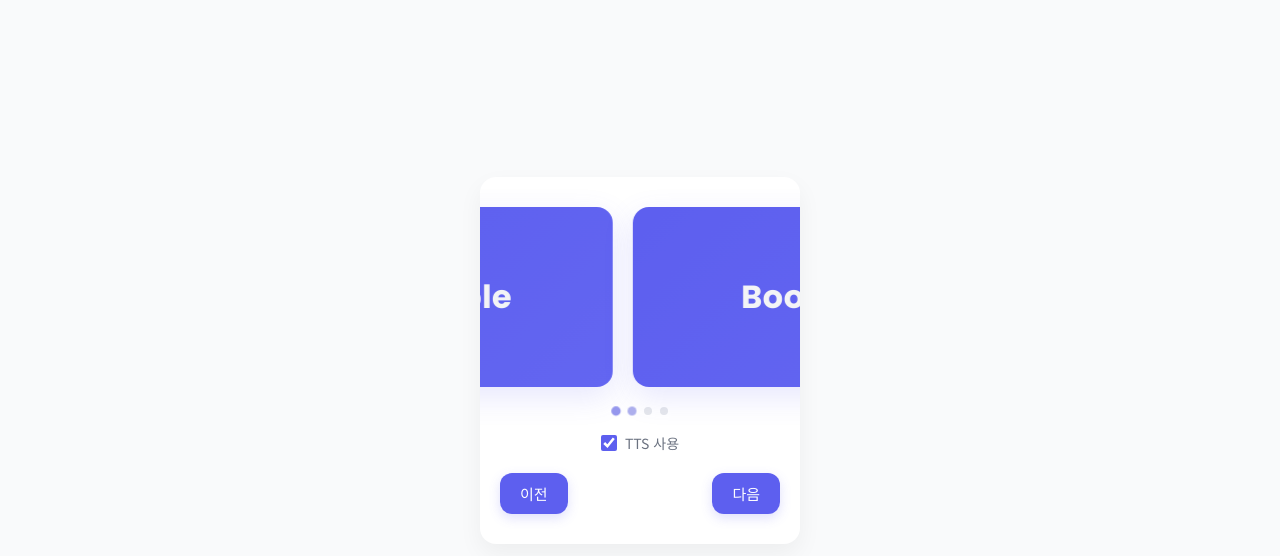
Repository: dandacompany/dandacompany.github.io
Page: index.html
An editor plug-in stored every save of this project. The page is shown before and after the next save, followed by the edit.
The browser window is 1280 px wide. The pictures show the whole page.

Above is the page before, as saved 2025-03-19 17:44:50.

### index.html
<!DOCTYPE html>
<html lang="ko">
<head>
    <meta charset="UTF-8">
    <meta name="viewport" content="width=device-width, initial-scale=1.0">
    <title>영어 단어 카드 슬라이더</title>
    <link rel="preconnect" href="https://fonts.googleapis.com">
    <link rel="preconnect" href="https://fonts.gstatic.com" crossorigin>
    <link href="https://fonts.googleapis.com/css2?family=Noto+Sans+KR:wght@400;700&family=Poppins:wght@400;600;700&display=swap" rel="stylesheet">
    <style>
        * {
            margin: 0;
            padding: 0;
            box-sizing: border-box;
        }

        :root {
            --primary-color: #5D5FEF;
            --secondary-color: #6366F1;
            --success-color: #10B981;
            --background-color: #F9FAFB;
            --card-background: #FFFFFF;
            --text-dark: #1F2937;
            --text-light: #F3F4F6;
            --border-radius: 16px;
            --transition-speed: 0.4s;
        }

        body {
            display: flex;
            justify-content: center;
            align-items: center;
            min-height: 100vh;
            background-color: var(--background-color);
            font-family: 'Noto Sans KR', sans-serif;
            color: var(--text-dark);
        }

        .card-slider-container {
            width: 320px;
            position: relative;
            overflow: hidden;
            padding: 30px 0;
            background-color: var(--card-background);
            border-radius: var(--border-radius);
            box-shadow: 0 10px 25px rgba(0, 0, 0, 0.05);
        }

        .card-slider {
            display: flex;
            transition: transform 0.6s cubic-bezier(0.165, 0.84, 0.44, 1);
        }

        .card {
            width: 320px;
            height: 180px; /* 16:9 비율 */
            perspective: 1000px;
            cursor: pointer;
            flex-shrink: 0;
            padding: 0 10px;
        }

        .card-inner {
            position: relative;
            width: 100%;
            height: 100%;
            text-align: center;
            transition: transform 0.8s cubic-bezier(0.175, 0.885, 0.32, 1.275);
            transform-style: preserve-3d;
            box-shadow: 0 10px 30px rgba(93, 95, 239, 0.15);
            border-radius: var(--border-radius);
        }

        .card.flipped .card-inner {
            transform: rotateY(180deg);
        }

        .card-front, .card-back {
            position: absolute;
            width: 100%;
            height: 100%;
            backface-visibility: hidden;
            display: flex;
            justify-content: center;
            align-items: center;
            border-radius: var(--border-radius);
            padding: 20px;
        }

        .card-front {
            background: linear-gradient(135deg, var(--primary-color), var(--secondary-color));
            color: var(--text-light);
            font-size: 32px;
            font-weight: 700;
            font-family: 'Poppins', sans-serif;
            letter-spacing: 0.5px;
        }

        .card-back {
            background: linear-gradient(135deg, var(--success-color), #34D399);
            color: var(--text-light);
            transform: rotateY(180deg);
            font-size: 28px;
            font-weight: 600;
        }

        .controls {
            display: flex;
            justify-content: space-between;
            margin: 20px 20px 0;
        }

        button {
            padding: 10px 20px;
            background-color: var(--primary-color);
            color: white;
            border: none;
            border-radius: 12px;
            cursor: pointer;
            font-size: 15px;
            font-weight: 500;
            font-family: 'Noto Sans KR', sans-serif;
            transition: all var(--transition-speed) ease;
            box-shadow: 0 4px 12px rgba(93, 95, 239, 0.2);
        }

        button:hover {
            background-color: #4a4cdc;
            transform: translateY(-2px);
            box-shadow: 0 6px 16px rgba(93, 95, 239, 0.25);
        }

        button:active {
            transform: translateY(0);
        }

        .card-indicator {
            display: flex;
            justify-content: center;
            margin-top: 20px;
            gap: 8px;
        }

        .indicator-dot {
            width: 8px;
            height: 8px;
            border-radius: 50%;
            background-color: #E5E7EB;
            cursor: pointer;
            transition: all var(--transition-speed) ease;
        }

        .indicator-dot.active {
            background-color: var(--primary-color);
            transform: scale(1.3);
        }

        .tts-controls {
            display: flex;
            justify-content: center;
            margin-top: 18px;
            gap: 10px;
        }

        .tts-toggle {
            display: flex;
            align-items: center;
            gap: 8px;
            user-select: none;
        }

        .tts-toggle input {
            margin: 0;
            accent-color: var(--primary-color);
            width: 16px;
            height: 16px;
        }

        .tts-toggle label {
            font-size: 14px;
            color: #6B7280;
        }

        .info-text {
            text-align: center;
            margin-top: 15px;
            font-size: 12px;
            color: #9CA3AF;
        }
    </style>
</head>
<body>
    <div class="card-slider-container">
        <div class="card-slider" id="cardSlider">
            <!-- 카드들은 JavaScript로 동적 생성됩니다 -->
        </div>
        <div class="card-indicator" id="cardIndicator">
            <!-- 인디케이터는 JavaScript로 동적 생성됩니다 -->
        </div>
        <div class="tts-controls">
            <div class="tts-toggle">
                <input type="checkbox" id="ttsToggle" checked>
                <label for="ttsToggle">TTS 사용</label>
            </div>
        </div>
        <div class="controls">
            <button id="prevBtn">이전</button>
            <button id="nextBtn">다음</button>
        </div>
    </div>

    <script>
        // 기본 단어 데이터
        let defaultWordData = [
            { english: "Apple", korean: "사과" },
            { english: "Book", korean: "책" },
            { english: "Cat", korean: "고양이" },
            { english: "Dog", korean: "개" }
        ];

        // URL에서 쿼리 스트링 파싱
        function getQueryWords() {
            const urlParams = new URLSearchParams(window.location.search);
            const wordsParam = urlParams.get('words');

            if (!wordsParam) return defaultWordData;

            try {
                const wordPairs = wordsParam.split(',');
                const parsedWords = wordPairs.map(pair => {
                    const [english, korean] = pair.split(':');
                    if (!english || !korean) throw new Error('잘못된 형식');
                    return {
                        english: decodeURIComponent(english.trim()),
                        korean: decodeURIComponent(korean.trim())
                    };
                });

                return parsedWords.length > 0 ? parsedWords : defaultWordData;
            } catch (error) {
                console.error('쿼리 파싱 오류:', error);
                return defaultWordData;
            }
        }

        // 단어 데이터 가져오기
        const wordData = getQueryWords();

        const cardSlider = document.getElementById('cardSlider');
        const cardIndicator = document.getElementById('cardIndicator');
        const prevBtn = document.getElementById('prevBtn');
        const nextBtn = document.getElementById('nextBtn');
        const ttsToggle = document.getElementById('ttsToggle');

        // TTS 기능 확인
        const synth = window.speechSynthesis;
        let voices = [];

        // 음성 목록 가져오기
        function loadVoices() {
            voices = synth.getVoices();
        }

        // 음성 목록이 변경될 때 이벤트
        if (synth.onvoiceschanged !== undefined) {
            synth.onvoiceschanged = loadVoices;
        }

        // 초기 음성 목록 로드
        loadVoices();

        // 텍스트를 음성으로 변환하는 함수
        function speakText(text) {
            if (!ttsToggle.checked) return;

            // 이미 말하고 있다면 중지
            synth.cancel();

            const utterance = new SpeechSynthesisUtterance(text);

            // 영어 음성 찾기
            setTimeout(() => {
                voices = synth.getVoices();
                let englishVoice = voices.find(voice => voice.lang.includes('en'));
                if (englishVoice) {
                    utterance.voice = englishVoice;
                }

                utterance.lang = 'en-US';
                utterance.rate = 0.9;
                utterance.pitch = 1;

                synth.speak(utterance);
            }, 100);
        }

        // 카드 생성 함수
        function createCards() {
            // 기존 카드와 인디케이터 제거
            cardSlider.innerHTML = '';
            cardIndicator.innerHTML = '';

            // 새 카드 생성
            wordData.forEach((word, index) => {
                const card = document.createElement('div');
                card.className = 'card';
                card.innerHTML = `
                    <div class="card-inner">
                        <div class="card-front">
                            ${word.english}
                        </div>
                        <div class="card-back">
                            ${word.korean}
                        </div>
                    </div>
                `;

                // 카드 클릭 이벤트
                card.addEventListener('click', function() {
                    this.classList.add('flipped');

                    // 1.5초 후 카드 원래대로
                    setTimeout(() => {
                        this.classList.remove('flipped');
                    }, 1500);
                });

                cardSlider.appendChild(card);

                // 인디케이터 생성
                const dot = document.createElement('div');
                dot.className = 'indicator-dot';
                if (index === 0) dot.classList.add('active');

                dot.addEventListener('click', () => {
                    position = index;
                    updateSliderPosition();
                    updateIndicators();
                    speakCurrentWord();
                });

                cardIndicator.appendChild(dot);
            });
        }

        // 카드 생성 실행
        createCards();

        // 슬라이더 관련 변수
        let position = 0;
        const cardWidth = 320; // 카드 너비

        // 현재 단어 읽기
        function speakCurrentWord() {
            if (wordData.length > 0) {
                const currentWord = wordData[position].english;
                speakText(currentWord);
            }
        }

        // 첫 단어 읽기
        setTimeout(() => {
            speakCurrentWord();
        }, 1000);

        // 자동 슬라이드 함수
        function autoSlide() {
            if (wordData.length > 0) {
                position = (position + 1) % wordData.length;
                updateSliderPosition();
                updateIndicators();
                speakCurrentWord();
            }
        }

        // 슬라이더 위치 업데이트
        function updateSliderPosition() {
            cardSlider.style.transform = `translateX(${-position * cardWidth}px)`;
        }

        // 인디케이터 업데이트
        function updateIndicators() {
            const dots = document.querySelectorAll('.indicator-dot');
            dots.forEach((dot, index) => {
                if (index === position) {
                    dot.classList.add('active');
                } else {
                    dot.classList.remove('active');
                }
            });
        }

        // 이전 버튼 클릭
        prevBtn.addEventListener('click', () => {
            if (wordData.length > 0) {
                position = (position - 1 + wordData.length) % wordData.length;
                updateSliderPosition();
                updateIndicators();
                speakCurrentWord();
            }
        });

        // 다음 버튼 클릭
        nextBtn.addEventListener('click', () => {
            if (wordData.length > 0) {
                position = (position + 1) % wordData.length;
                updateSliderPosition();
                updateIndicators();
                speakCurrentWord();
            }
        });

        // 자동 슬라이드 시작 (5초마다)
        let slideInterval = setInterval(autoSlide, 5000);

        // 사용자 상호작용 시 자동 슬라이드 일시 중지 및 재시작
        cardSlider.parentElement.addEventListener('mouseenter', () => {
            clearInterval(slideInterval);
        });

        cardSlider.parentElement.addEventListener('mouseleave', () => {
            slideInterval = setInterval(autoSlide, 5000);
        });

        // 키보드 이벤트 추가
        document.addEventListener('keydown', (e) => {
            if (e.key === 'ArrowLeft') {
                prevBtn.click();
            } else if (e.key === 'ArrowRight') {
                nextBtn.click();
            }
        });
    </script>
</body>
</html>

After the next save:
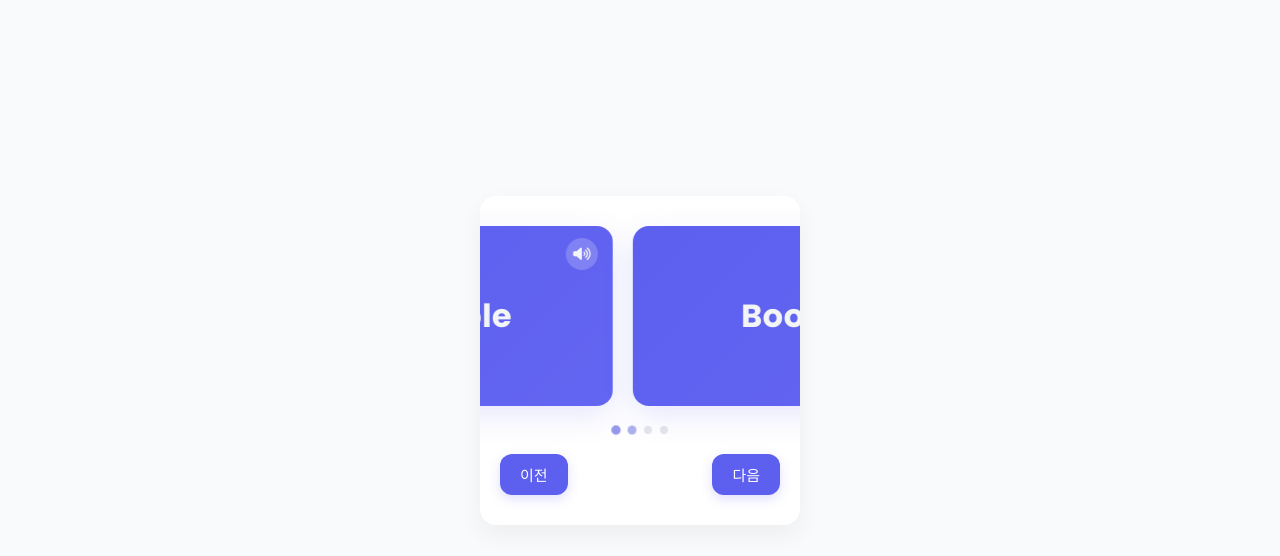
Saved 3 min 8 s later.
--- a/index.html
+++ b/index.html
@@ -7,6 +7,7 @@
     <link rel="preconnect" href="https://fonts.googleapis.com">
     <link rel="preconnect" href="https://fonts.gstatic.com" crossorigin>
     <link href="https://fonts.googleapis.com/css2?family=Noto+Sans+KR:wght@400;700&family=Poppins:wght@400;600;700&display=swap" rel="stylesheet">
+    <link rel="stylesheet" href="https://cdnjs.cloudflare.com/ajax/libs/font-awesome/6.4.0/css/all.min.css">
     <style>
         * {
             margin: 0;
@@ -58,6 +59,7 @@
             cursor: pointer;
             flex-shrink: 0;
             padding: 0 10px;
+            position: relative;
         }
 
         .card-inner {
@@ -102,6 +104,39 @@
             transform: rotateY(180deg);
             font-size: 28px;
             font-weight: 600;
+        }
+
+        .tts-button {
+            position: absolute;
+            top: 12px;
+            right: 25px;
+            width: 32px;
+            height: 32px;
+            background-color: rgba(255, 255, 255, 0.2);
+            border-radius: 50%;
+            display: flex;
+            justify-content: center;
+            align-items: center;
+            cursor: pointer;
+            z-index: 10;
+            transition: all var(--transition-speed) ease;
+            color: var(--text-light);
+            font-size: 14px;
+            -webkit-user-select: none;
+            user-select: none;
+        }
+
+        .tts-button:hover {
+            background-color: rgba(255, 255, 255, 0.3);
+            transform: scale(1.1);
+        }
+
+        .tts-button.muted {
+            color: rgba(255, 255, 255, 0.5);
+        }
+
+        .tts-button.muted i::before {
+            content: '\f6a9';
         }
 
         .controls {
@@ -155,32 +190,6 @@
             transform: scale(1.3);
         }
 
-        .tts-controls {
-            display: flex;
-            justify-content: center;
-            margin-top: 18px;
-            gap: 10px;
-        }
-
-        .tts-toggle {
-            display: flex;
-            align-items: center;
-            gap: 8px;
-            user-select: none;
-        }
-
-        .tts-toggle input {
-            margin: 0;
-            accent-color: var(--primary-color);
-            width: 16px;
-            height: 16px;
-        }
-
-        .tts-toggle label {
-            font-size: 14px;
-            color: #6B7280;
-        }
-
         .info-text {
             text-align: center;
             margin-top: 15px;
@@ -197,12 +206,6 @@
         <div class="card-indicator" id="cardIndicator">
             <!-- 인디케이터는 JavaScript로 동적 생성됩니다 -->
         </div>
-        <div class="tts-controls">
-            <div class="tts-toggle">
-                <input type="checkbox" id="ttsToggle" checked>
-                <label for="ttsToggle">TTS 사용</label>
-            </div>
-        </div>
         <div class="controls">
             <button id="prevBtn">이전</button>
             <button id="nextBtn">다음</button>
@@ -250,7 +253,9 @@
         const cardIndicator = document.getElementById('cardIndicator');
         const prevBtn = document.getElementById('prevBtn');
         const nextBtn = document.getElementById('nextBtn');
-        const ttsToggle = document.getElementById('ttsToggle');
+
+        // TTS 상태 변수
+        let ttsEnabled = true;
 
         // TTS 기능 확인
         const synth = window.speechSynthesis;
@@ -271,7 +276,7 @@
 
         // 텍스트를 음성으로 변환하는 함수
         function speakText(text) {
-            if (!ttsToggle.checked) return;
+            if (!ttsEnabled) return;
 
             // 이미 말하고 있다면 중지
             synth.cancel();
@@ -313,16 +318,40 @@
                             ${word.korean}
                         </div>
                     </div>
+                    <div class="tts-button">
+                        <i class="fas fa-volume-up"></i>
+                    </div>
                 `;
 
                 // 카드 클릭 이벤트
-                card.addEventListener('click', function() {
-                    this.classList.add('flipped');
+                card.querySelector('.card-inner').addEventListener('click', function() {
+                    card.classList.add('flipped');
 
                     // 1.5초 후 카드 원래대로
                     setTimeout(() => {
-                        this.classList.remove('flipped');
+                        card.classList.remove('flipped');
                     }, 1500);
+                });
+
+                // TTS 버튼 클릭 이벤트
+                const ttsButton = card.querySelector('.tts-button');
+                ttsButton.addEventListener('click', (e) => {
+                    e.stopPropagation(); // 카드 클릭 이벤트 전파 방지
+
+                    ttsEnabled = !ttsEnabled;
+
+                    // 모든 TTS 버튼 상태 업데이트
+                    document.querySelectorAll('.tts-button').forEach(btn => {
+                        if (!ttsEnabled) {
+                            btn.classList.add('muted');
+                        } else {
+                            btn.classList.remove('muted');
+                            // TTS가 활성화되면 현재 단어 읽기
+                            if (btn === ttsButton) {
+                                speakCurrentWord();
+                            }
+                        }
+                    });
                 });
 
                 cardSlider.appendChild(card);
